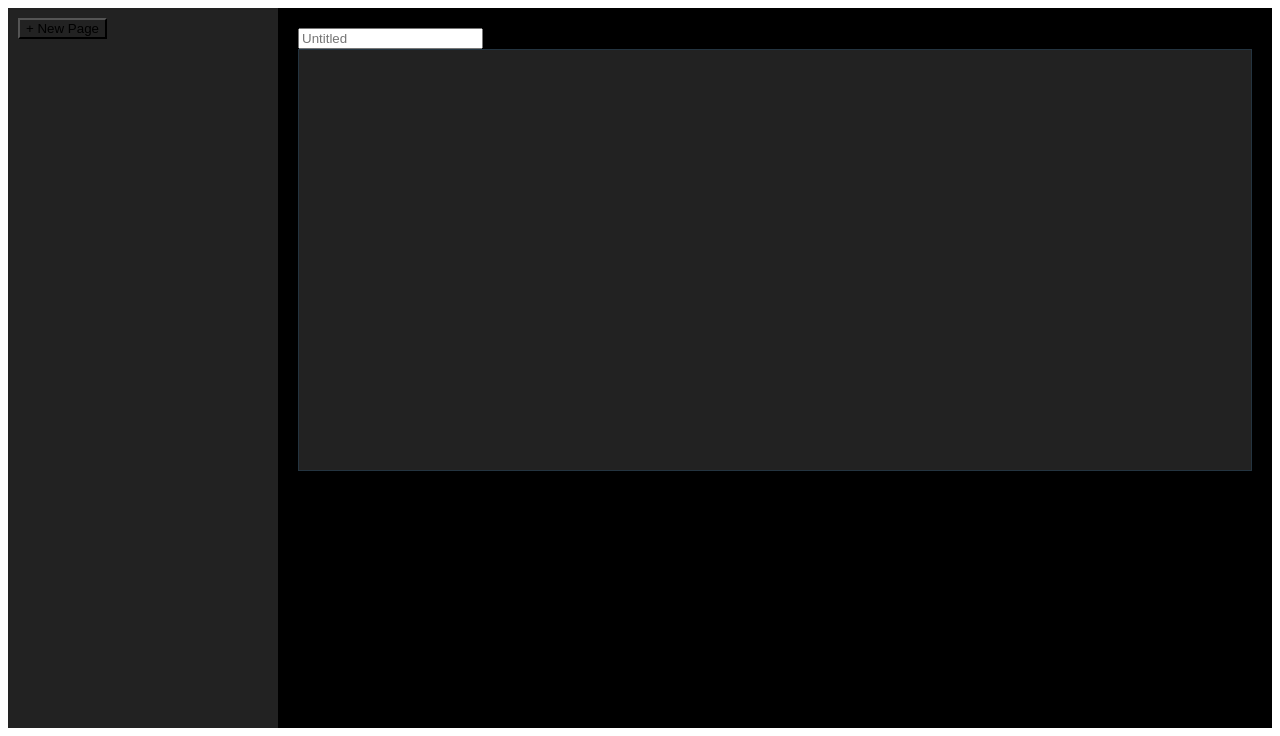
Repository: Dharshinimk-521/notes-app
Page: index.html
An editor plug-in stored every save of this project. The page is shown before and after the next save, followed by the edit.
The browser window is 1280 px wide. The pictures show the whole page.

Above is the page before, as saved 2026-04-18 19:55:25.

### index.html
<!DOCTYPE html>
<html lang="en">
    <head>
        <meta charset="UTF-8">
        <meta name="viewport" content="width=device-width, initial-scale=1.0">
        <title>Notes App</title>
        <link rel="stylesheet" href="style.css">
        <script src="app.js" defer></script>
    </head>
    <body>
    <div class="app">

        <aside class="sidebar">
        <button id="newPageBtn">+ New Page</button>
        <ul id="pageList"></ul>
        </aside>

        <main class="editor">
        <input id="pageTitle" placeholder="Untitled" />
        <div id="editorArea" contenteditable="true"></div>
        </main>

    </div>


    </body>
</html>

### style.css

.app {
  margin: 0;
  display: flex;
  height: 100vh;
  background-color: black;
}

.sidebar {
  width: 250px;
  background: #222222;
  padding: 10px;
}

.editor {
  flex: 1;
  padding: 20px;
}

#editorArea {
  min-height: 400px;
  background-color: #222222;
  border: 1px solid #2a6c9e3e;
  padding: 10px;
}
#newPageBtn{
 background-color: #222222;
}

Loaded but not shown: app.js (no copy from this time; the picture is the same without it)

After the next save:
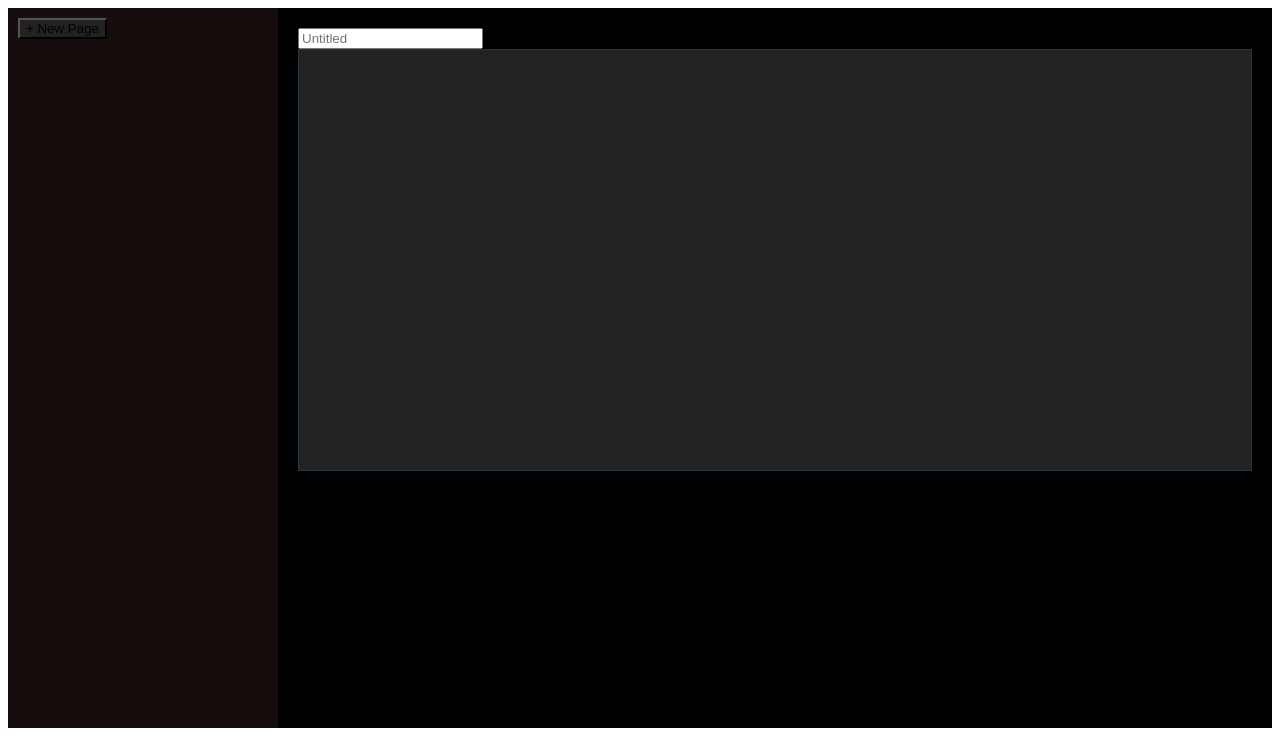
Saved 12 s later.
--- a/style.css
+++ b/style.css
@@ -8,7 +8,7 @@
 
 .sidebar {
   width: 250px;
-  background: #222222;
+  background: #180d0d;
   padding: 10px;
 }
 
